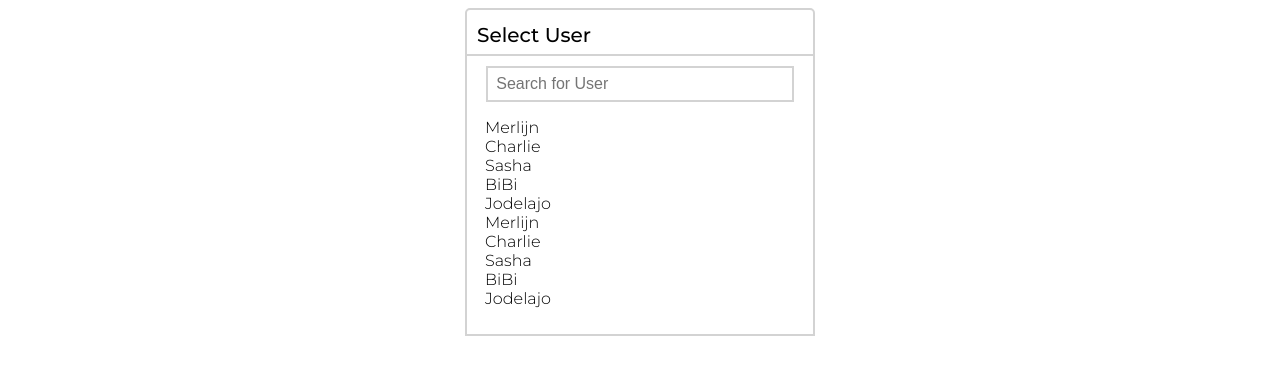
Repository: jodelajo/nuxt-filter-tutorial
Page: /
The author's editor kept a copy of each file at every save. The page is drawn from the files as they stood at one save, then again after the next save.
The browser window is 1280 px wide. The pictures show the whole page.
The project was rebuilt for these pictures with package versions that can differ from the ones it lists, and the page was loaded fresh each time. The framework's server and built-in components were replaced by stand-ins that run in the browser. Also part of the build but not shown: nuxt.config.js, components/NuxtLogo.vue, components/Tutorial.vue.

Above is the page before, as saved 2021-12-11 12:45:23.

### pages/index.vue
<template>
  <div class="container">
    <div class="dropdown-wrapper">
      <div class="selected-item">
        <span>Select User</span>
      </div>
      <div class="dropdown-popover">
        <input
          v-model="searchQuery"
          type="text"
          placeholder="Search for User"
        />
        <div class="options">
          <ul>
            <li>Merlijn</li>
            <li>Charlie</li>
            <li>Sasha</li>
            <li>BiBi</li>
            <li>Jodelajo</li>
             <li>Merlijn</li>
            <li>Charlie</li>
            <li>Sasha</li>
            <li>BiBi</li>
            <li>Jodelajo</li>
          </ul>
        </div>
      </div>
    </div>
  </div>
</template>

<script>
export default {};
</script>

<style scoped>
@import url("https://fonts.googleapis.com/css2?family=Montserrat:wght@100;200;300;500;700;900&family=Readex+Pro:wght@300;500;700&display=swap");

body {
  width: 100vw;
  height: 100vh;
}
.container {
  display: flex;
  flex-direction: column;
  /* justify-content: center; */
  align-items: center;
  justify-content: center;
   font-family: "Montserrat", sans-serif;
   font-weight: 300;
   font-size: 16px;

}
.dropdown-wrapper {
  width: 350px;
  height: auto;
  /* max-width: 350px; */
  position: relative;
  display: flex;
  text-align: center;
  justify-content: center;
  margin: 0 auto;
}
.selected-item {
  height: 40px;
  width: 100%;
  border: 2px solid lightgray;
  border-radius: 5px;
  padding: 5px 10px;
  display: flex;
  justify-content: space-between;
  align-items: center;
  font-size: 20px;
  font-weight: 500;
}

.dropdown-popover{
  position: absolute;
  border: 2px solid lightgray;
  top: 46px;
  left: 0;
  right: 0;
  background-color: white;
  max-width: 100%;
  padding: 10px;
}
input {
  width: 90%;
  height: 30px;
  border: 2px solid lightgray;
  font-size: 16px;
  padding-left: 8px;
}
.options {
  width: 100%;
    max-height: 200px;
}
.options ul {
  list-style: none;
  text-align: left;
  padding-left: 8px;
  max-height: 200px;
  overflow-y: scroll;
}
</style>

After the next save:
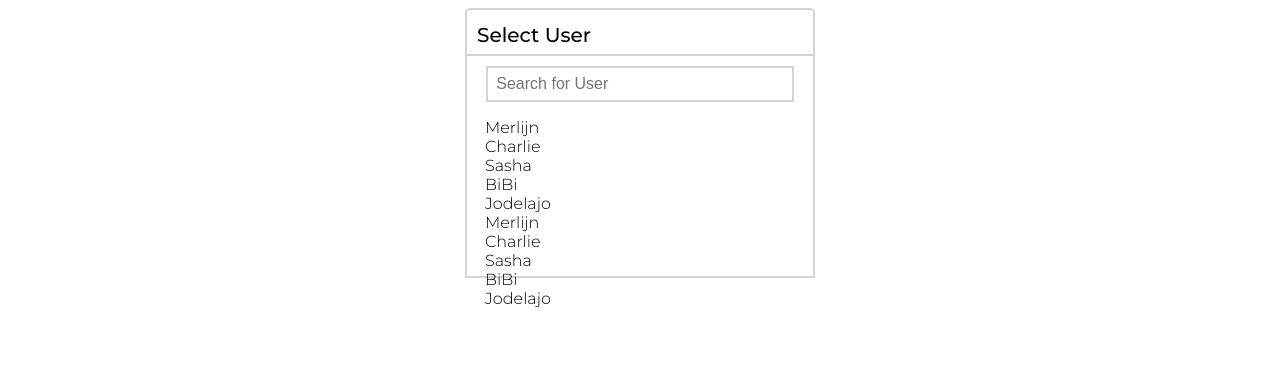
Saved 19 s later.
--- a/pages/index.vue
+++ b/pages/index.vue
@@ -83,6 +83,7 @@ body {
   background-color: white;
   max-width: 100%;
   padding: 10px;
+    max-height: 200px;
 }
 input {
   width: 90%;
@@ -93,7 +94,7 @@ input {
 }
 .options {
   width: 100%;
-    max-height: 200px;
+
 }
 .options ul {
   list-style: none;
